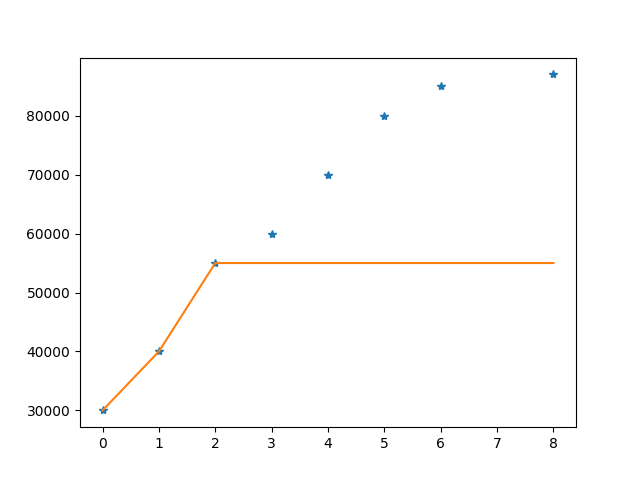
Repository: AbolfazlDargi/The-EXTENT-of-the-impact-of-rights
Script's output: python main.py
An editor plug-in stored every save of this project. The script's output is shown before and after a run of saves, followed by the edit.
Random numbers start from a fixed seed.

Above is the script's output before, as saved 2025-12-10 21:01:02.

After the next 3 saves:
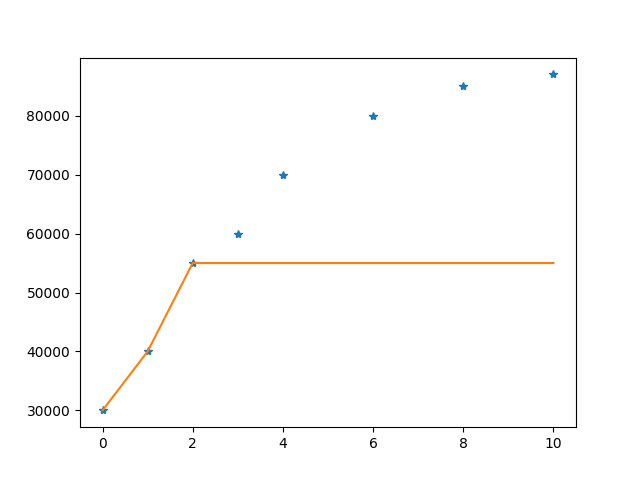
The 3 saves are shown as one change because they came seconds apart.
The last was saved 15 s later.
--- a/main.py
+++ b/main.py
@@ -2,7 +2,7 @@ import matplotlib.pyplot as plt
 import numpy as np
 from sklearn.tree import DecisionTreeClassifier
 
-years_of_experience = np.array([0,1, 2, 3, 4, 5, 6, 8]).reshape(-1,1)
+years_of_experience = np.array([0,1, 2, 3, 4, 6, 8,10]).reshape(-1,1)
 years_salieser = np.array([30000, 40000, 55000, 60000, 70000, 80000, 85000, 87000])
 
 # plt.plot(years_of_experience, years_salieser, '*')
